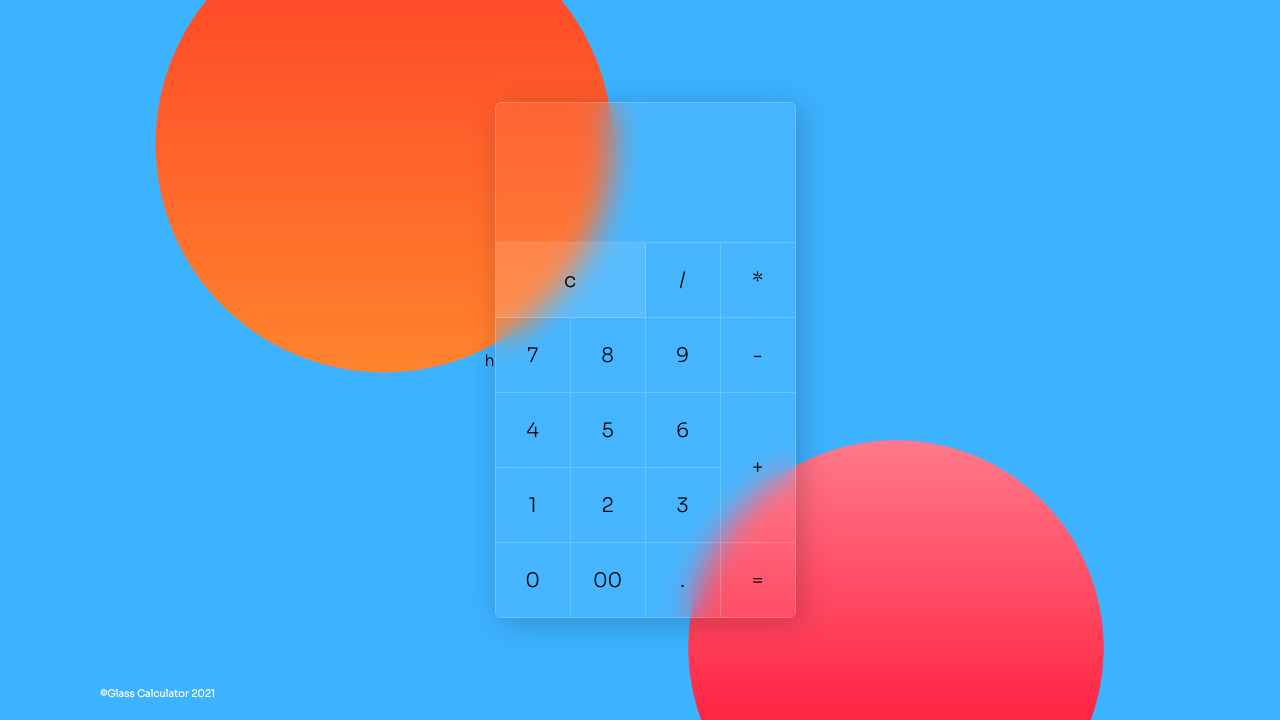
Repository: tharunkumaar404/Glass-Calci
Page: index.html
The author's editor kept a copy of each file at every save. The page is drawn from the files as they stood at one save, then again after the next save.
The browser window is 1280 px wide. The pictures show the whole page.

Above is the page before, as saved 2021-08-26 15:27:46.

After the next save:
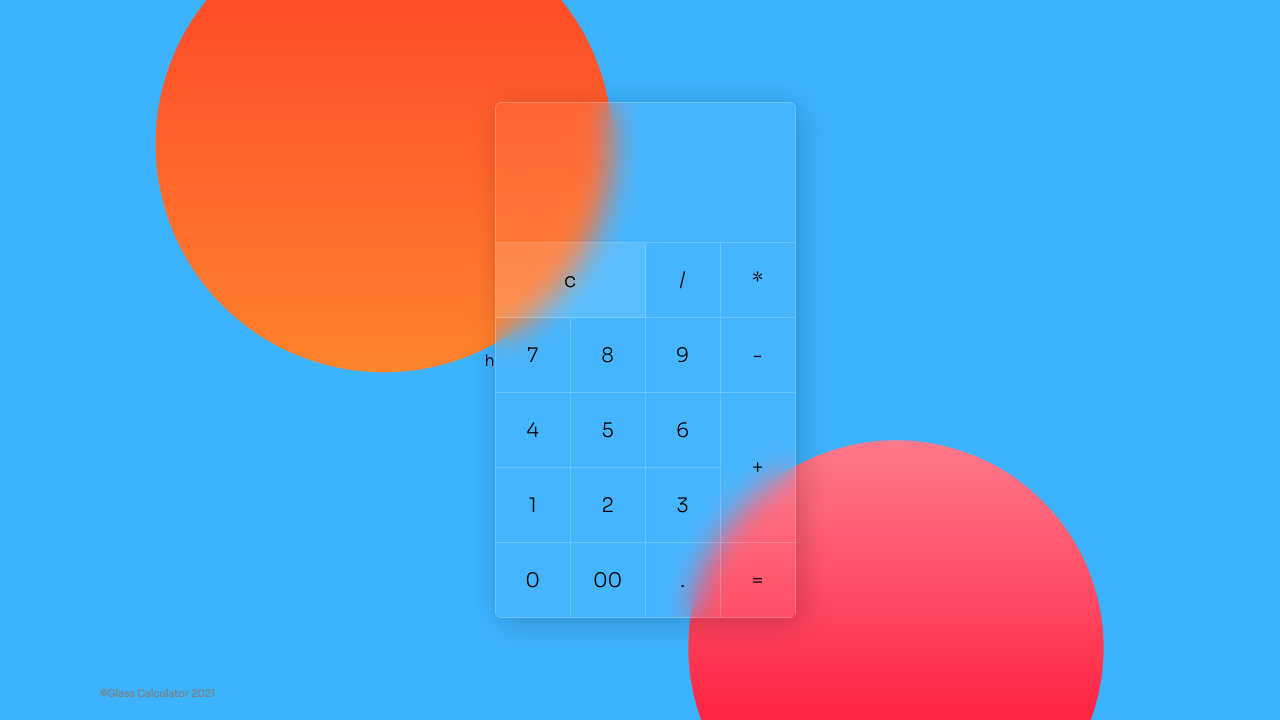
Saved 4 s later.
--- a/styles.css
+++ b/styles.css
@@ -115,5 +115,5 @@ h5{
     left:100px;
     bottom: 20px;
     font-size: 10px;
-    color: #fff;
+    color:gray;
 }
